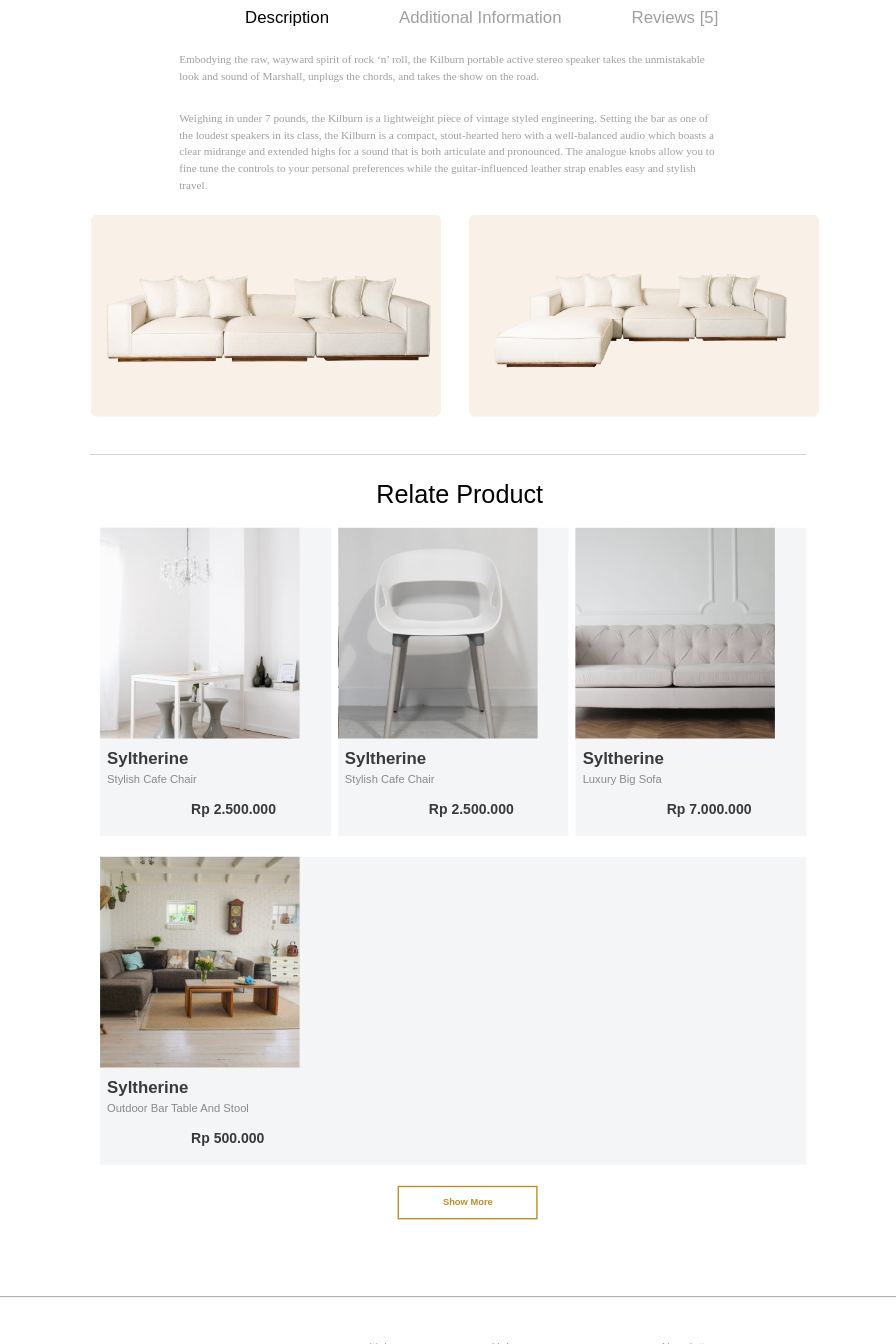
Repository: DT2301/project
Page: shop.html
An editor plug-in stored every save of this project. The page is shown before and after the next save, followed by the edit.
The browser window is 1280 px wide. The pictures show the part of the page from y = 790 to 2710 px (the page is 3148 px tall), at 70% of full size.
A picture or video elsewhere on the page could not be fetched, so the positions and the page height are approximate.

Above is the page before, as saved 2024-01-07 17:53:06.

### shop.html
<!DOCTYPE html>
<html lang="en">

<head>
    <meta charset="UTF-8">
    <meta name="viewport" content="width=device-width, initial-scale=1.0">
    <title>Document</title>
    <link rel="stylesheet" href="shop.css">
</head>

<body>
    <header>
        <div class="sidebar">
            <div class="logo">
                <a href=""> <img srcset="./image/logox2.png 2x" alt=""></a>
            </div>
            <ul class="sidebar__menu--center">
                <li class="menu menu--home">
                    <a href="">Home</a>
                </li>
                <li class="menu menu--shop">
                    <a href="">Shop</a>
                </li>
                <li class="menu menu--about">
                    <a href="">About</a>
                </li>
                <li class="menu menu--contact">
                    <a href="">Contact</a>
                </li>
            </ul>
            <ul class="sidebar__menu--icon">
                <li class="menu menu--user">
                    <a href="">
                        <span>
                            <ion-icon name="person-outline"></ion-icon>
                        </span>
                    </a>
                </li>
                <li class="menu menu--search">
                    <a href="">
                        <span>
                            <ion-icon name="search-outline"></ion-icon>
                        </span>
                    </a>
                </li>
                <li class="menu menu--heart">
                    <a href="">
                        <span>
                            <ion-icon name="heart-outline"></ion-icon>
                        </span>
                    </a>
                </li>
                <li class="menu menu--cart">
                    <a href="">
                        <span>
                            <ion-icon name="cart-outline"></ion-icon>
                        </span>
                    </a>
                </li>
            </ul>
        </div>
        <div class="sidebar_bottom">
            <div class="home">
                <span>Home</span>
                <ion-icon name="chevron-forward-outline"></ion-icon>
                <span>Shop</span>
                <ion-icon name="chevron-forward-outline"></ion-icon>
            </div>
            <div class="name">
                <span>Asgaard sofa</span>
            </div>
        </div>
    </header>

    <main>
        <div class="view__product">
            <div class="img_product">
                <ul class="list_img">
                    <li class="img"><img srcset="./image/1.png 2x" alt=""></li>
                    <li class="img"><img srcset="./image/2.png 2x" alt=""></li>
                    <li class="img"><img srcset="./image/3.png 2x" alt=""></li>
                    <li class="img"><img srcset="./image/4.png 2x" alt=""></li>
                </ul>
            </div>
            <div class="img_feature">
                <img srcset="./image/main.png 2x" alt="">
            </div>
            <div class="infor_product">
                <h2>Asgaard sofa</h2>
                <p class="price"> Rs. 250,000.00</p>
                <div class="buy">
                    <button type="submit" class="buy__btn">Add To Cart</button>
                </div>
            </div>
        </div>

        <div class="information">
            <div class="infor1">
                <ul class="list_infor">
                    <li class="link_infor">Description</li>
                    <li class="link_infor">Additional Information</li>
                    <li class="link_infor">Reviews [5]</li>
                </ul>
            </div>
            <div class="infor2">
                <P>Embodying the raw, wayward spirit of rock ‘n’ roll, the Kilburn portable active stereo speaker takes
                    the unmistakable look and sound of Marshall, unplugs the chords, and takes the show on the road.
                </P>
                <br>
                <br>
                <P>
                    Weighing in under 7 pounds, the Kilburn is a lightweight piece of vintage styled engineering.
                    Setting the bar as one of the loudest speakers in its class, the Kilburn is a compact, stout-hearted
                    hero with a well-balanced audio which boasts a clear midrange and extended highs for a sound that is
                    both articulate and pronounced. The analogue knobs allow you to fine tune the controls to your
                    personal preferences while the guitar-influenced leather strap enables easy and stylish travel.
                </P>
            </div>
            <div class="infor3">
                <ul class="list_img3">
                    <li class="img_infor"><img srcset="./image/inforimg1.png 2x" alt=""></li>
                    <li class="img_infor"><img srcset="./image/inforimg2.png 2x" alt=""></li>
                </ul>
            </div>
        </div>

        <div class="relate_product">
            <h2> Relate Product</h2>
            <div class="recommend_prodcut">
                <div class="card_product">
                    <img src="./image/Sylthe.png" alt="">
                    <h4 class="title">Syltherine</h4>
                    <p class="infor">Stylish cafe chair</p>
                    <p class="price">Rp 2.500.000</p>
                </div>
                <div class="card_product">
                    <img src="./image/Levios.png" alt="">
                    <h4 class="title">Syltherine</h4>
                    <p class="infor">Stylish cafe chair</p>
                    <p class="price">Rp 2.500.000</p>
                </div>
                <div class="card_product">
                    <img src="./image/Lolito.png" alt="">
                    <h4 class="title">Syltherine</h4>
                    <p class="infor">Luxury big sofa</p>
                    <p class="price">Rp 7.000.000</p>
                </div>
                <div class="card_product">
                    <img src="./image/Respira.png" alt="">
                    <h4 class="title">Syltherine</h4>
                    <p class="infor">Outdoor bar table and stool</p>
                    <p class="price">Rp 500.000</p>
                </div>
            </div>
            <button type="button" class="product__btn">
                Show More
            </button>
        </div>
    </main>

    <footer>
        <div class="about">
            <div class="about_infor1">
                <h3> Funiro. </h3>
                <p>400 University Drive Suite 200 Coral Gables,<br>
                    FL 33134 USA</p>
            </div>
            <div class="about_infor2">
                <div class="links">
                    <h5>Link</h5>
                    <ul class="menu_links">
                        <li class="menu_link">
                            <a href="">Home</a>
                        </li>
                        <li class="menu_link">
                            <a href="">Shop</a>
                        </li>
                        <li class="menu_link">
                            <a href="">About</a>
                        </li>
                        <li class="menu_link">
                            <a href="">Contact</a>
                        </li>
                    </ul>
                </div>
                <div class="Help">
                    <h5>Help</h5>
                    <ul class="menu">
                        <li class="menu_help">
                            <a href="">Payment Options</a>
                        </li>
                        <li class="menu_help">
                            <a href="">Returns</a>
                        </li>
                        <li class="menu_help">
                            <a href="">Privacy Policies</a>
                        </li>
                    </ul>
                </div>
                <div class="newsletter ">
                    <h5>Newsletter</h5>
                    <input type="email" placeholder="Enter Your Email Address">
                    <button type="submit" class="btn">SUBSCRIBE</button>
                </div>
            </div>
        </div>
        <h6>2023 furino. All rights reverved</h6>
    </footer>
    <script type="module" src="https://unpkg.com/ionicons@7.1.0/dist/ionicons/ionicons.esm.js"></script>
    <script nomodule src="https://unpkg.com/ionicons@7.1.0/dist/ionicons/ionicons.js"></script>
</body>

</html>

### shop.css
* {
  padding: 0;
  margin: 0;
  font-family: "Poppins", sans-serif;
  color: black;
}

a,
ul {
  list-style: none;
  text-decoration: none;
}

.sidebar {
  display: flex;
  flex-direction: row;
  justify-content: center;
  align-items: center;
  background-color: white;
  width: 100%;
  height: 100px;
}

.logo {
  position: absolute;
  left: 50px;
}

.sidebar__menu--center {
  width: 30%;
  display: flex;
  justify-content: space-between;
  font-size: 16px;
  font-weight: 500;
  line-height: 24px;
}

.sidebar__menu--icon {
  display: flex;
  width: 15%;
  position: absolute;
  justify-content: space-between;
  right: 70px;
  font-size: 25px;
}

.sidebar_bottom {
  background-color: #f9f1e7;
  width: 100%;
  height: 80px;
  display: flex;
  align-items: center;

}

.home {
  margin-left: 100px;
  display: flex;
  align-items: center;
}
.home span {
  color: #9f9f9f;
  font-weight: 400;
  font-size: 16px;
  line-height: 24px;
}

.home ion-icon {
  margin-left: 20px;
  font-size: 30px;
  margin-right: 20px;
}

.home ion-icon:last-child {
  border-right: 1px solid black;
  padding-right: 30px;
}

.name {
  font-size: 16px;
  font-weight: 400;
  line-height: 24px;
  margin-left: 30px;
  text-align: left;
}

.view__product {
  display: flex;
  width: 80%;
  flex-direction: row;
  margin: auto;
  margin-top: 50px;
}

.img {
  background-color: #fff3e3;
  margin-bottom: 20px;
  object-fit: cover;
  border-radius: 10px;
  width: 80px;
  margin-right: 30px;
}

.img_feature {
  object-fit: cover;
  background-color: #fff3e3;
  border-radius: 20px;
  margin-right: 90px;
}

.infor_product h2 {
  font-size: 42px;
  font-weight: 400;
  line-height: 63px;
  text-align: left;
}

.infor_product .price {
  font-size: 24px;
  font-weight: 500;
  line-height: 36px;
  text-align: left;
  color: #9f9f9f;
  margin-top: 20px;
}

.infor_product .buy__btn {
  font-size: 20px;
  font-weight: 400;
  line-height: 30px;
  text-align: center;
  width: 220px;
  height: 70px;
  border-radius: 20px;
  background-color: white;
  margin-top: 30px;
  cursor: pointer;
}

.information {
  display: flex;
  flex-direction: column;
  margin-top: 100px;
  border-top: 1px solid rgba(195, 188, 188, 0.751);
}

.infor1 .list_infor {
  margin-top: 50px;
  display: flex;
  flex-direction: row;
  margin-left: 350px;
}

.list_infor .link_infor {
  font-size: 24px;
  font-weight: 400;
  line-height: 36px;
  text-align: left;
  color: #9f9f9f;
  margin-right: 100px;
  margin-bottom: 30px;
}

.list_infor .link_infor:first-child {
  font-size: 24px;
  font-weight: 6 00;
  line-height: 36px;
  color: #000000;
  text-align: left;
}

.infor2 {
  width: 60%;
  margin: 0 auto;
  margin-bottom: 30px;
}

.infor2 p {
  font-family: Poppins;
  font-size: 16px;
  font-weight: 400;
  line-height: 24px;
  letter-spacing: 0em;
  text-align: justified;
  color: #9f9f9f;
}

.infor3 {
  margin: 0 auto;
}

.infor3 .list_img3 {
  display: flex;
  flex-direction: row;
  gap: 20px;
}

.img_infor img {
  object-fit: cover;
  width: 500px;
  margin-left: 20px;
  margin-bottom: 50px;
}

.relate_product {
  border-top: 1px solid rgba(175, 175, 175, 0.727);
  width: 80%;
  margin: 0 auto;
  margin-bottom: 50px;
}

.recommend_prodcut {
  display: flex;
  gap: 10px;
  margin-left: 15px;
  flex-wrap: wrap;
}
.relate_product h2 {
  font-size: 36px;
  font-weight: 500;
  line-height: 54px;
  text-align: left;
  margin-left: 40%;
  margin-top: 30px;
  margin-bottom: 20px;
}

.card_product {
  flex-grow: 1;
  flex-basis: 200;
  width: 285px;
  height: 440px;
  background-color: #f4f5f7;
  box-sizing: border-box;
  margin-bottom: 20px;
  position: relative;
}

.card_product h4 {
  font-size: 24px;
  line-height: 28.8px;
  font-weight: 600;
  color: #3a3a3a;
  margin-bottom: 5px;
  margin-left: 10px;
  margin-top: 10px;
  text-transform: capitalize;
}

.card_product .infor {
  color: #898989;
  font-size: 16px;
  line-height: 24px;
  font-weight: 500;
  margin-left: 10px;
  text-transform: capitalize;
}

.card_product .price {
  color: #3a3a3a;
  font-size: 20px;
  line-height: 30px;
  font-weight: 600;
  margin-top: 15px;
  margin-left: 130px;
}

.product__btn {
  color: #b88e2f;
  background-color: #ffffff;
  width: 200px;
  height: 48px;
  line-height: 24px;
  font-weight: 600;
  border: 2px solid #b88e2f;
  margin: 10px auto;
  cursor: pointer;
  transition: all 0.5s;
  margin-left: 43%;
}

.product__btn:hover {
  background-color: #b88e2f;
  color: white;
  box-shadow: 2px 5px grey;
}

.product__btn:focus {
  transform: translateY(10px);
}

.about {
  margin-top: 100px;
  border-top: 1px solid grey;
  display: flex;
}

.about_infor1 {
  margin-top: 60px;
  margin-left: 90px;
  margin-right: 120px;
}
.about_infor1 h3 {
  font-size: 24px;
  line-height: 36px;
  font-weight: 700;
  margin-bottom: 55px;
}

.about_infor1 p {
  color: #9f9f9f;
  font-weight: 400;
  font-size: 16px;
  line-height: 24px;
}

.about_infor2 {
  display: flex;
  margin-top: 60px;
}

.about_infor2 h5 {
  color: #9f9f9f;
  font-size: 16px;
  font-weight: 500;
  line-height: 24px;
  margin-bottom: 60px;
}

.menu_link {
  margin-bottom: 60px;
  margin-right: 120px;
  color: #000000;
  font-size: 16px;
  font-weight: 500;
  line-height: 24px;
}

.menu_help {
  margin-bottom: 60px;
  margin-right: 120px;
  color: #000000;
  font-size: 16px;
  font-weight: 500;
  line-height: 24px;
}

.newsletter input {
  color: #9f9f9f;
  border: none;
  border-bottom: 1px solid black;
  font-size: 14px;
  font-weight: 400;
  line-height: 21px;
  margin-right: 20px;
}

.newsletter input:focus {
  outline: none;
  border-bottom: 1px solid black;
}

.newsletter .btn {
  font-size: 14px;
  line-height: 21px;
  font-weight: 500;
  color: #000000;
  border: none;
  background-color: white;
  border-bottom: 1px solid black;
  cursor: pointer;
  transition: all 0.2s ease;
}

.newsletter .btn:hover {
  background-color: grey;
  color: white;
  border-radius: 2px;
  transform: translateY(-5px);
}

.newsletter .btn:focus {
  transform: scale(0.9);
}

h6 {
  width: 80%;
  border-top: 1px solid grey;
  font-size: 16px;
  font-weight: 400;
  line-height: 24px;
  letter-spacing: 0em;
  text-align: left;
  margin-left: 90px;
}

After the next save:
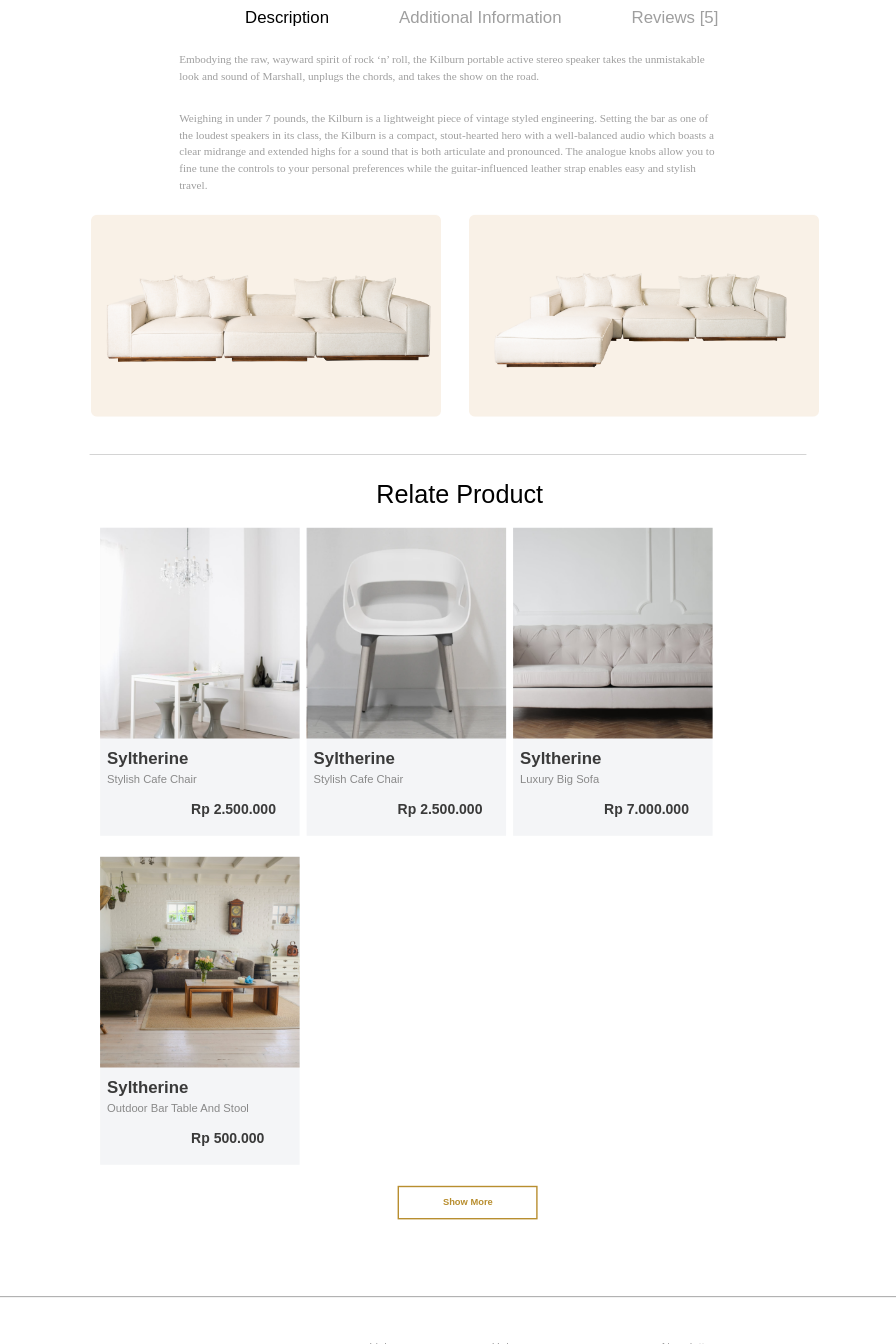
Saved 50 s later.
--- a/shop.css
+++ b/shop.css
@@ -226,7 +226,6 @@ ul {
 }
 
 .card_product {
-  flex-grow: 1;
   flex-basis: 200;
   width: 285px;
   height: 440px;
